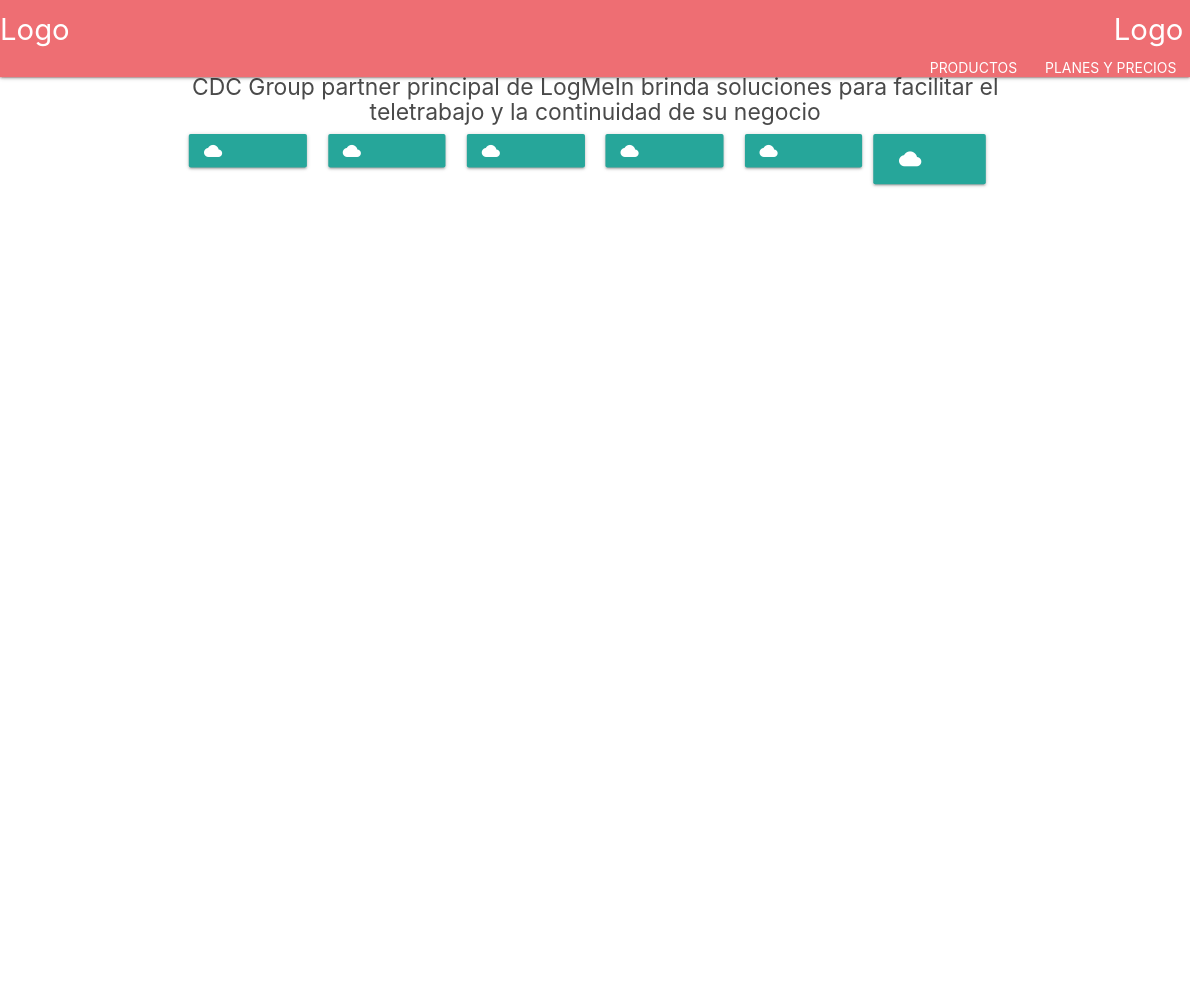
Repository: onehitwondermx/cdclogmein
Page: index.html
The author's editor kept a copy of each file at every save. The page is drawn from the files as they stood at one save, then again after the next save.
The browser window is 1280 px wide. The pictures show the whole page, at 93% of full size.
Some web libraries are served in a nearby version.

Above is the page before, as saved 2021-06-02 23:02:59.

After the next save:
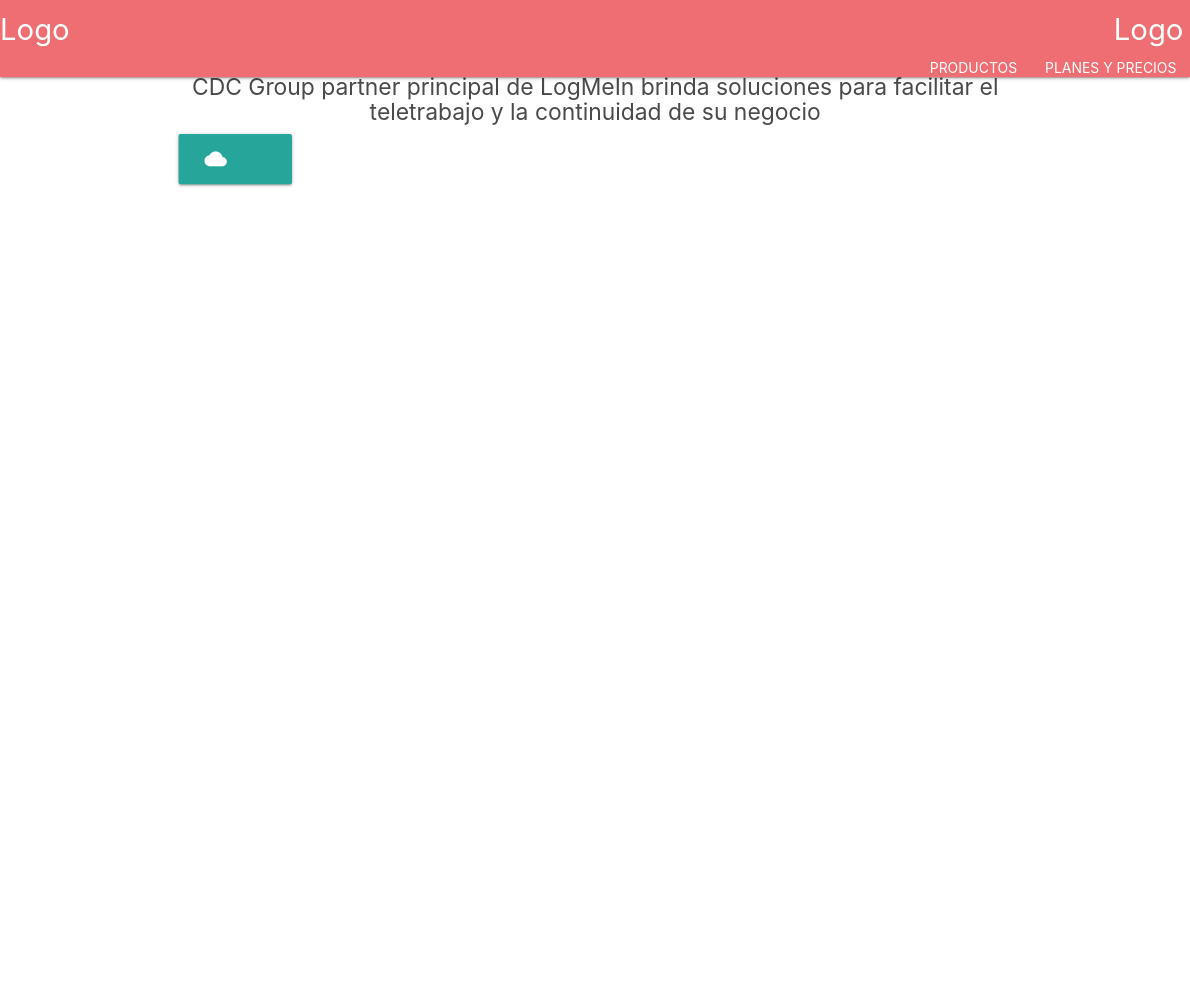
Saved 11 s later.
--- a/index.html
+++ b/index.html
@@ -56,21 +56,6 @@
     <div class="container">
      <div class="row">
       <a class="waves-effect waves-light btn-large oligo"><i class="material-icons left">cloud</i> <br> button</a>
-
-      <div class="col s2 m2 l2">
-        <a class="waves-effect waves-light btn"><i class="material-icons left">cloud</i>button</a>
-      </div>
-      <div class="col s2 m2 l2">
-        <a class="waves-effect waves-light btn"><i class="material-icons left">cloud</i>button</a>
-      </div>
-      <div class="col s2 m2 l2">
-        <a class="waves-effect waves-light btn"><i class="material-icons left">cloud</i>button</a>
-      </div>
-      <div class="col s2 m2 l2">
-        <a class="waves-effect waves-light btn"><i class="material-icons left">cloud</i>button</a>
-      </div>
-      <div class="col s2 m2 l2">
-        <a class="waves-effect waves-light btn"><i class="material-icons left">cloud</i>button</a>
       </div>
      </div>
    </div>
